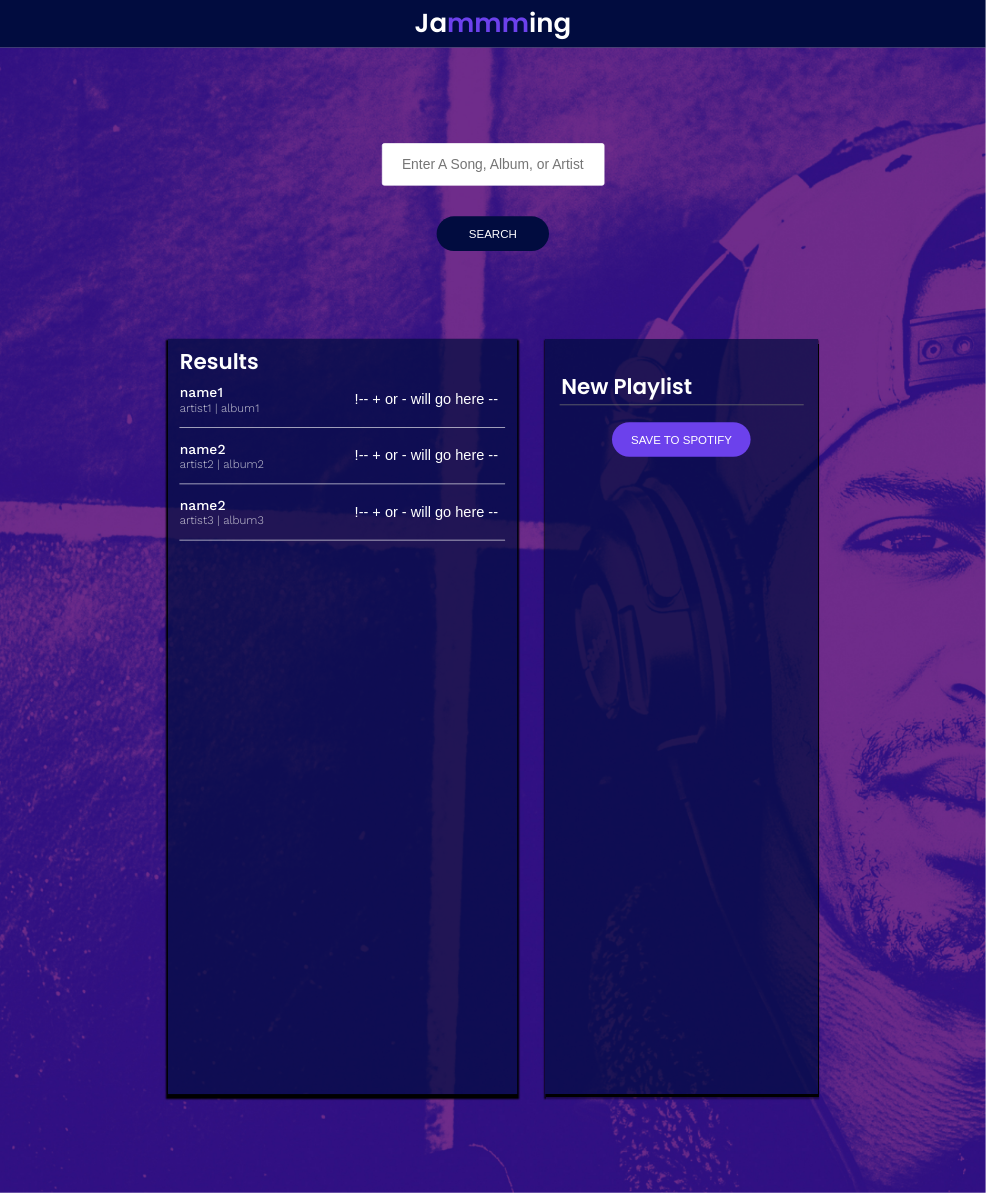
Repository: Haviles04/jammming
Page: /
These files come from the project's save history. The page is drawn as it stood at one moment and after the next save; the edit follows.
The browser window is 1280 px wide. The pictures show the whole page, at 77% of full size.
The project was rebuilt for these pictures with package versions that can differ from the ones it lists, and the page was loaded fresh each time.

Above is the page before, as saved 2022-10-26 11:29:56.

After the next save:
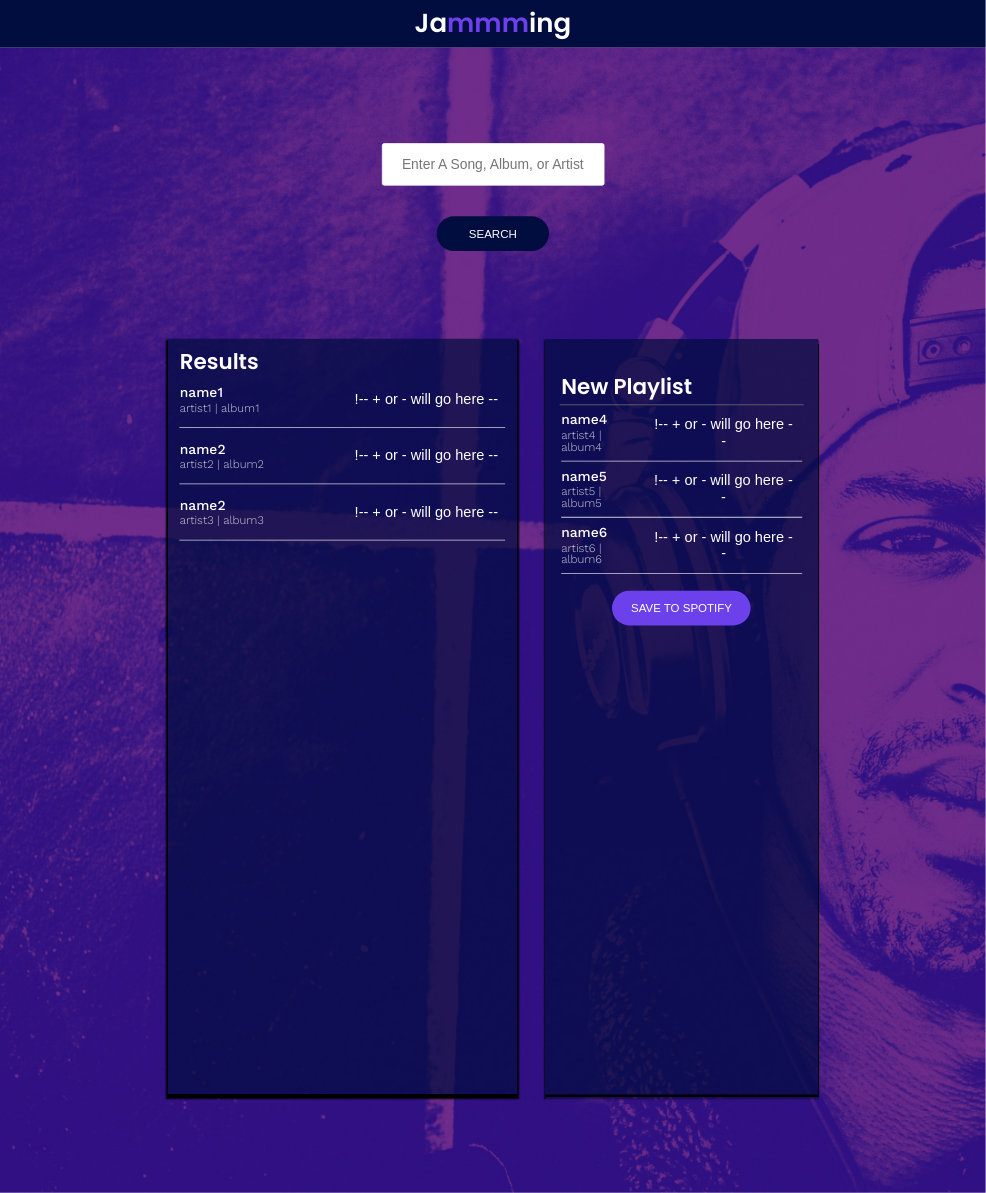
Saved 26 s later.
--- a/src/components/Playlist/Playlist.js
+++ b/src/components/Playlist/Playlist.js
@@ -6,7 +6,7 @@ class Playlist extends React.Component {
   return (
     <div className="Playlist">
       <input value="New Playlist" />
-      <TrackList tracks={[]} playlistTracks={this.props.playlistTracks} />
+      <TrackList tracks={this.props.playlistTracks} />
       <button className="Playlist-save">SAVE TO SPOTIFY</button>
     </div>
   );
